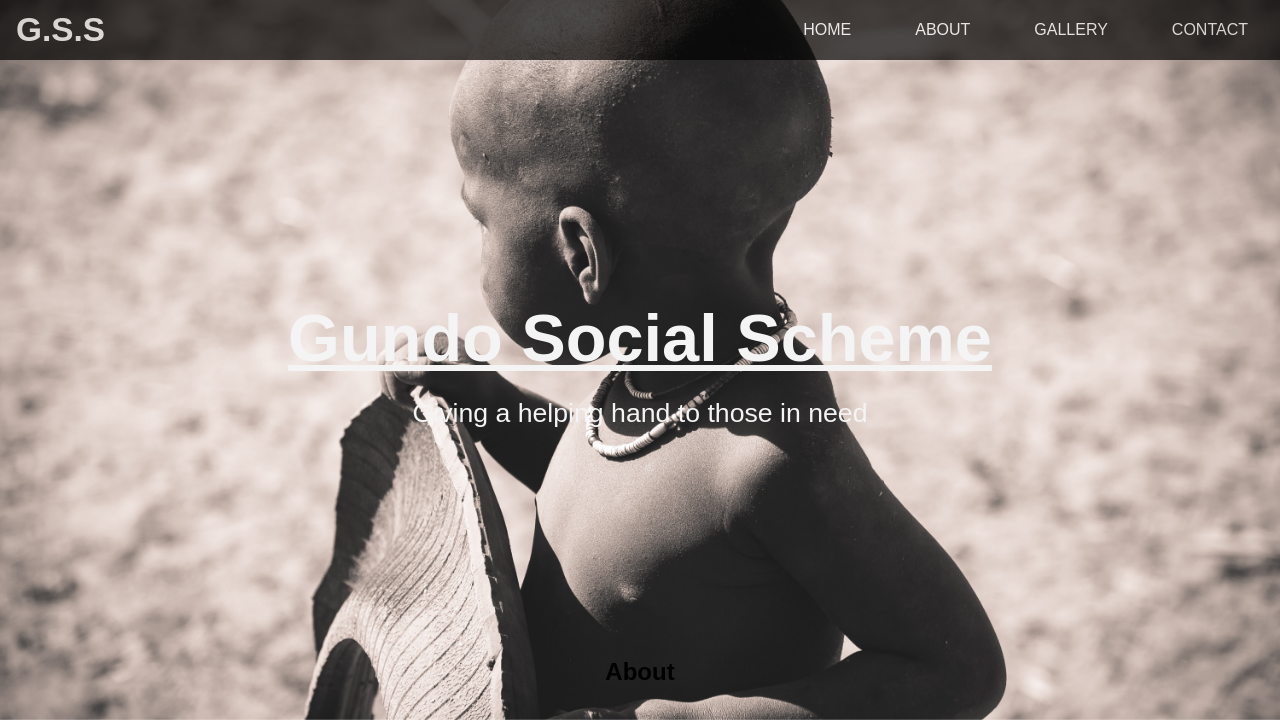
Repository: blessingNtoko/gss-basic_website
Page: index.html
An editor plug-in stored every save of this project. The page is shown before and after the next save, followed by the edit.
The browser window is 1280 px wide. The pictures show the whole page.
An inner scrolling area shows only its first screen.

Above is the page before, as saved 2020-05-13 21:12:37.

After the next save:
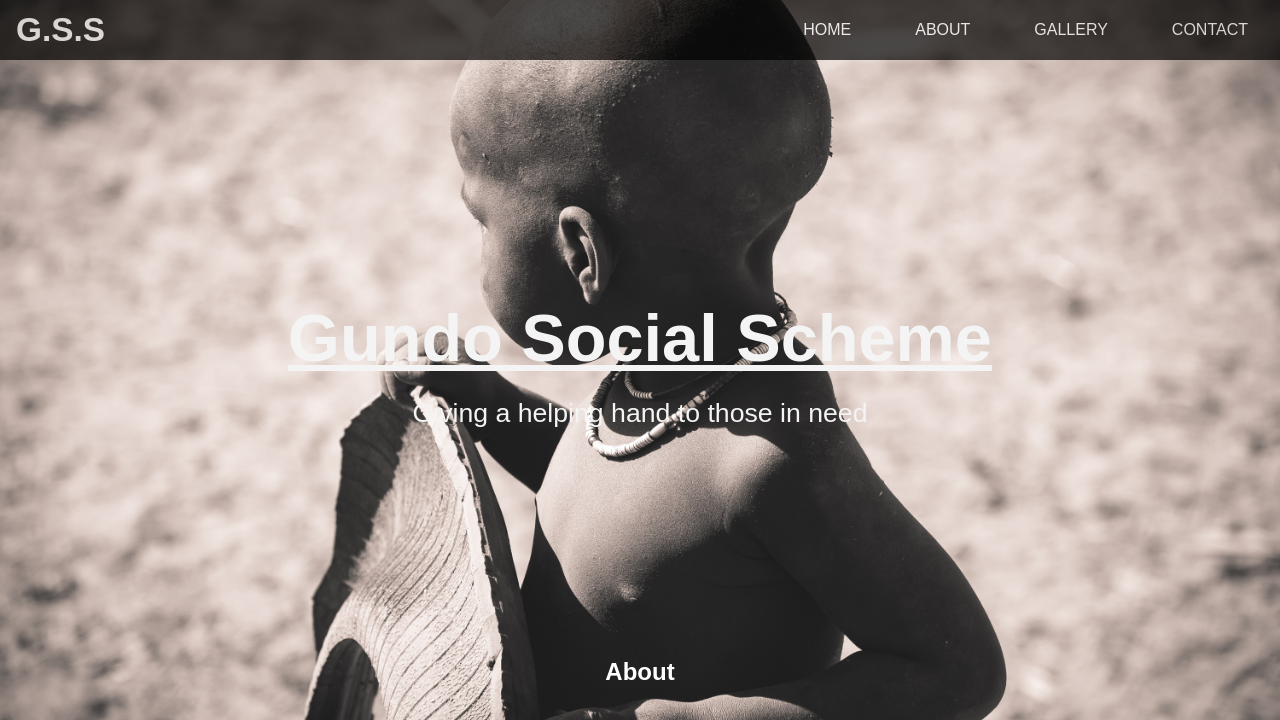
Saved 6 min 40 s later.
--- a/style.css
+++ b/style.css
@@ -80,6 +80,8 @@ section {
     width: 100%;
     height: 100vh;
     scroll-snap-align: center;
+    background-color: black;
+    color: white;
 }
 
 #home {
